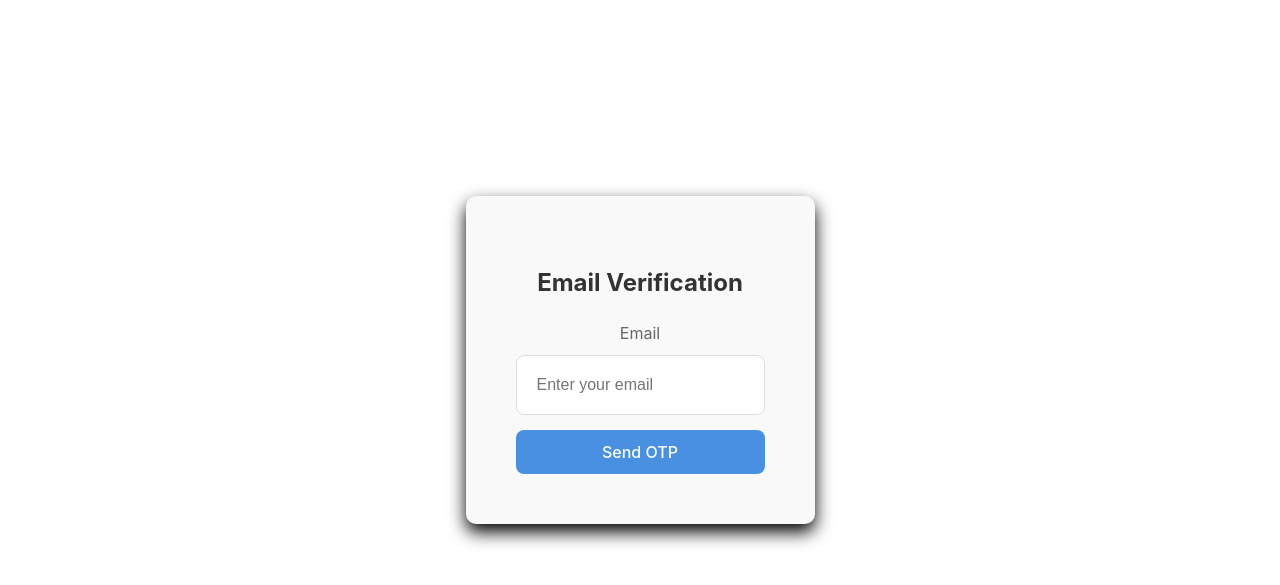
Repository: sarathraj2002/MockTest
Page: / (app in Frontend/)
The author's editor kept a copy of each file at every save. The page is drawn from the files as they stood at one save, then again after the next save.
The browser window is 1280 px wide. The pictures show the whole page.
The project was rebuilt for these pictures with package versions that can differ from the ones it lists, and the page was loaded fresh each time. Also part of the build but not shown: Frontend/vite.config.js, Frontend/src/components/Home.jsx, Frontend/src/components/Mail.jsx.

Above is the page before, as saved 2024-11-13 17:03:40.

### Frontend/index.html
<!doctype html>
<html lang="en">
  <head>
    <meta charset="UTF-8" />
    <link rel="icon" type="image/svg+xml" href="/vite.svg" />
    <meta name="viewport" content="width=device-width, initial-scale=1.0" />
    <title>MockTest</title>
  </head>
  <body>
    <div id="root"></div>
    <script type="module" src="/src/main.jsx"></script>
  </body>
</html>

### Frontend/src/main.jsx
import { StrictMode } from 'react'
import { createRoot } from 'react-dom/client'
import App from './App.jsx'
import './index.css'
import { BrowserRouter } from 'react-router-dom'


createRoot(document.getElementById('root')).render(
  <StrictMode>
     <BrowserRouter>
    <App />
    </BrowserRouter>
  </StrictMode>,
)

### Frontend/src/App.jsx
import { useState } from 'react'
import './App.css'
import Otp from './components/Otp'
import { Home } from './components/Home'
import { Route,Routes,useNavigate } from 'react-router-dom'
import Mail from './components/Mail'

function App() {
  const [email, setEmail] = useState('');
  const navigate = useNavigate();
  const handleEmailSubmit=(email)=>{
    setEmail(email);
    navigate('/check');
  }


  return (
    <>
    <Routes>
      <Route path='/' element={<Otp onEmailSubmit={handleEmailSubmit}/>}></Route>
      <Route path='/check' element={<Mail/>}></Route>
      <Route path='/home' element={<Home/>}></Route>
    </Routes>
    </>
  )
}

export default App

### Frontend/src/components/Otp.jsx
import React, { useState } from 'react';
import axios from 'axios';

function Email({ onEmailSubmit }) {
  const [email, setEmail] = useState('');
  const [otp, setOtp] = useState('');
  const [errorMessage, setErrorMessage] = useState('');
  const [otpSent, setOtpSent] = useState(false);


  const handleEmailSubmit = async (e) => {
    e.preventDefault();
    setErrorMessage('');
    try {

      const response = await axios.post('http://localhost:5000/api/send-otp', { email });
      const data = response.data;

      console.log(data);

      if (data.success) {
        setOtpSent(true);
        onEmailSubmit(email);
      } else {
        setErrorMessage('Error sending OTP. Please try again.');
      }
    } catch (error) {
      setErrorMessage('An error occurred while sending OTP.');
      console.error('Error:', error);
    }
  };


  const handleOtpSubmit = async (e) => {
    e.preventDefault();
    setErrorMessage('');
    try {
      const response = await axios.post('http://localhost:5000/api/verify-otp', { otp });
      const data = response.data;

      if (data.valid) {
        alert('OTP validated successfully!');
      } else {
        setErrorMessage(data.message || 'Invalid OTP. Please try again.');
      }
    } catch (error) {
      setErrorMessage('An error occurred while validating OTP.');
      console.error('Error:', error);
    }
  };

  return (
   <div
  style={{
    maxWidth: '800px',
    margin: 'auto',
    padding: '50px',
    textAlign: 'center',
    backgroundColor: '#f9f9f9',
    boxShadow: '0 8px 17px rgba(0, 0, 0, 2)',
    borderRadius: '10px',
  }}
>
  <h2 style={{ color: '#333', marginBottom: '20px' }}>Email Verification</h2>
  {!otpSent ? (
    <form onSubmit={handleEmailSubmit} style={{ display: 'flex', flexDirection: 'column' }}>
      <label htmlFor="email" style={{ marginBottom: '10px', color: '#666' }}>Email</label>
      <input
        id="email"
        type="email"
        value={email}
        onChange={(e) => setEmail(e.target.value)}
        required
        placeholder="Enter your email"
        style={{
          padding: '20px',
          marginBottom: '15px',
          borderRadius: '8px',
          border: '1px solid #ddd',
          fontSize: '16px',
        }}
      />
      <button
        type="submit"
        style={{
          padding: '12px 20px',
          backgroundColor: '#4a90e2',
          color: 'white',
          border: 'none',
          borderRadius: '8px',
          cursor: 'pointer',
          transition: 'background-color 0.3s',
        }}
        onMouseEnter={(e) => (e.target.style.backgroundColor = '#357ABD')}
        onMouseLeave={(e) => (e.target.style.backgroundColor = '#4a90e2')}
      >
        Send OTP
      </button>
      {errorMessage && (
        <p style={{ color: 'red', marginTop: '15px' }}>
          {errorMessage}
        </p>
      )}
    </form>
  ) : (
    <form onSubmit={handleOtpSubmit} style={{ display: 'flex', flexDirection: 'column' }}>
      <label htmlFor="otp" style={{ marginBottom: '10px', color: '#666' }}>Enter OTP</label>
      <input
        id="otp"
        type="text"
        value={otp}
        onChange={(e) => setOtp(e.target.value)}
        required
        placeholder="Enter OTP"
        style={{
          padding: '12px',
          marginBottom: '15px',
          borderRadius: '8px',
          border: '1px solid #ddd',
          fontSize: '16px',
        }}
      />
      <button
        type="submit"
        style={{
          padding: '12px 20px',
          backgroundColor: '#5cb85c',
          color: 'white',
          border: 'none',
          borderRadius: '8px',
          cursor: 'pointer',
          transition: 'background-color 0.3s',
        }}
        onMouseEnter={(e) => (e.target.style.backgroundColor = '#4CAE4C')}
        onMouseLeave={(e) => (e.target.style.backgroundColor = '#5cb85c')}
      >
        Validate OTP
      </button>
      {errorMessage && (
        <p style={{ color: 'red', marginTop: '15px' }}>
          {errorMessage}
        </p>
      )}
    </form>
  )}
</div>
)}
export default Email;

Loaded but not shown: Frontend/src/index.css (common file); Frontend/src/App.css (common file)

After the next save:
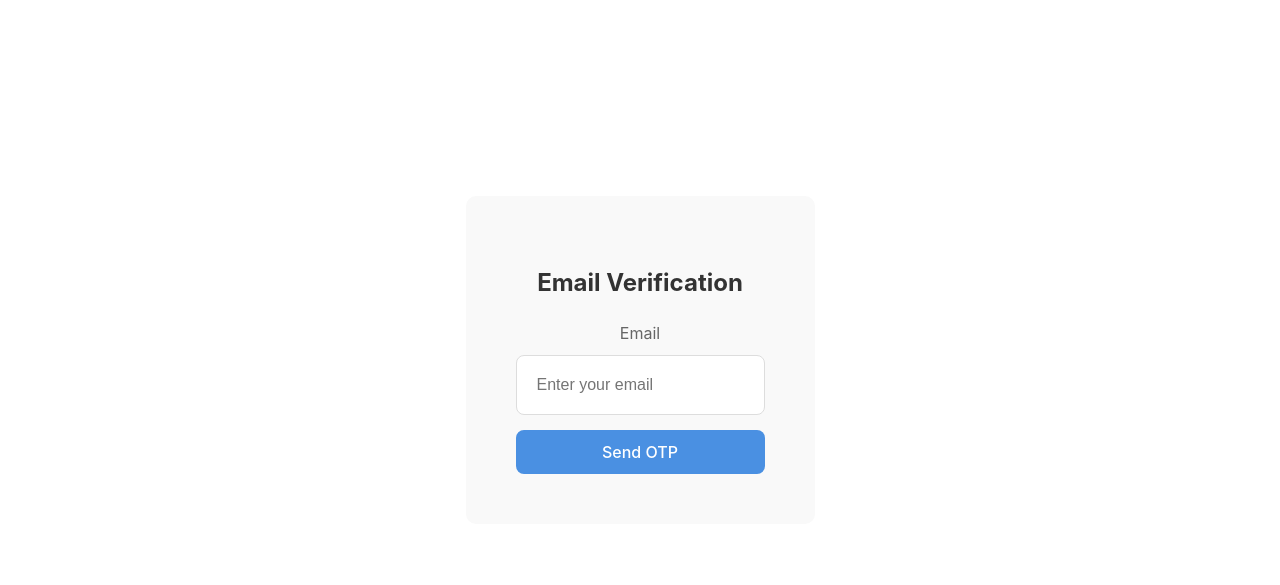
Saved 5 s later.
--- a/Frontend/src/components/Otp.jsx
+++ b/Frontend/src/components/Otp.jsx
@@ -57,7 +57,7 @@
     padding: '50px',
     textAlign: 'center',
     backgroundColor: '#f9f9f9',
-    boxShadow: '0 8px 17px rgba(0, 0, 0, 2)',
+    boxShadow: '0 8px 17px rgba(0, 0, 0, 0)',
     borderRadius: '10px',
   }}
 >

After the 2 saves that followed:
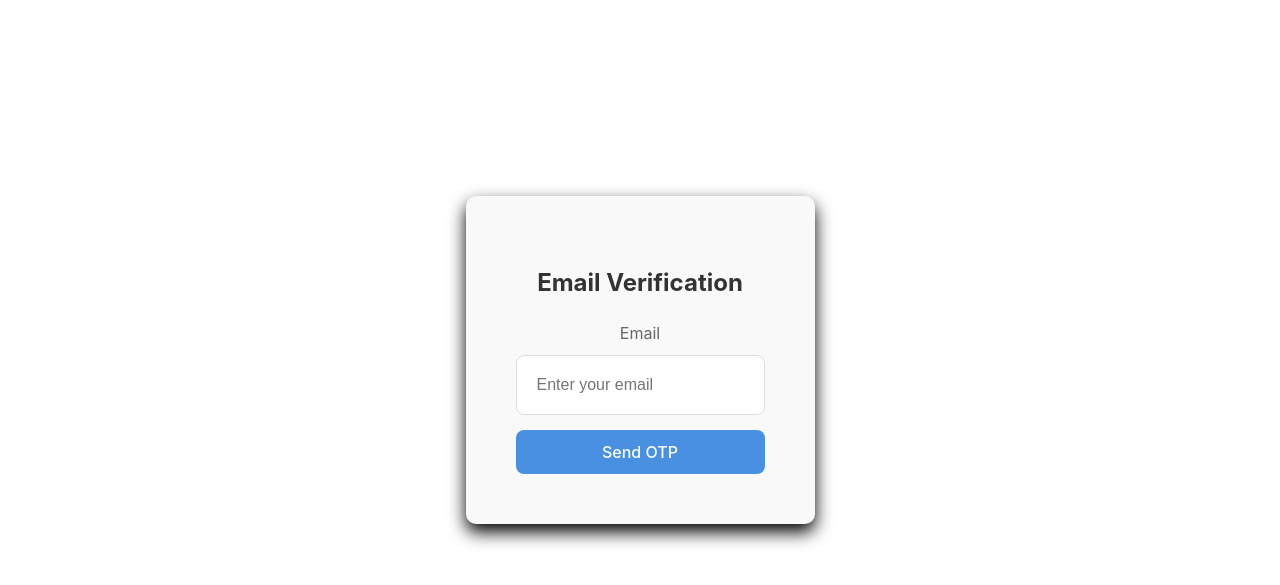
The 2 saves are shown as one change because they came seconds apart.
The last was saved 6 s later.
--- a/Frontend/src/components/Otp.jsx
+++ b/Frontend/src/components/Otp.jsx
@@ -57,7 +57,7 @@
     padding: '50px',
     textAlign: 'center',
     backgroundColor: '#f9f9f9',
-    boxShadow: '0 8px 17px rgba(0, 0, 0, 0)',
+    boxShadow: '0 8px 17px rgba(0, 0, 0, 1.2)',
     borderRadius: '10px',
   }}
 >
